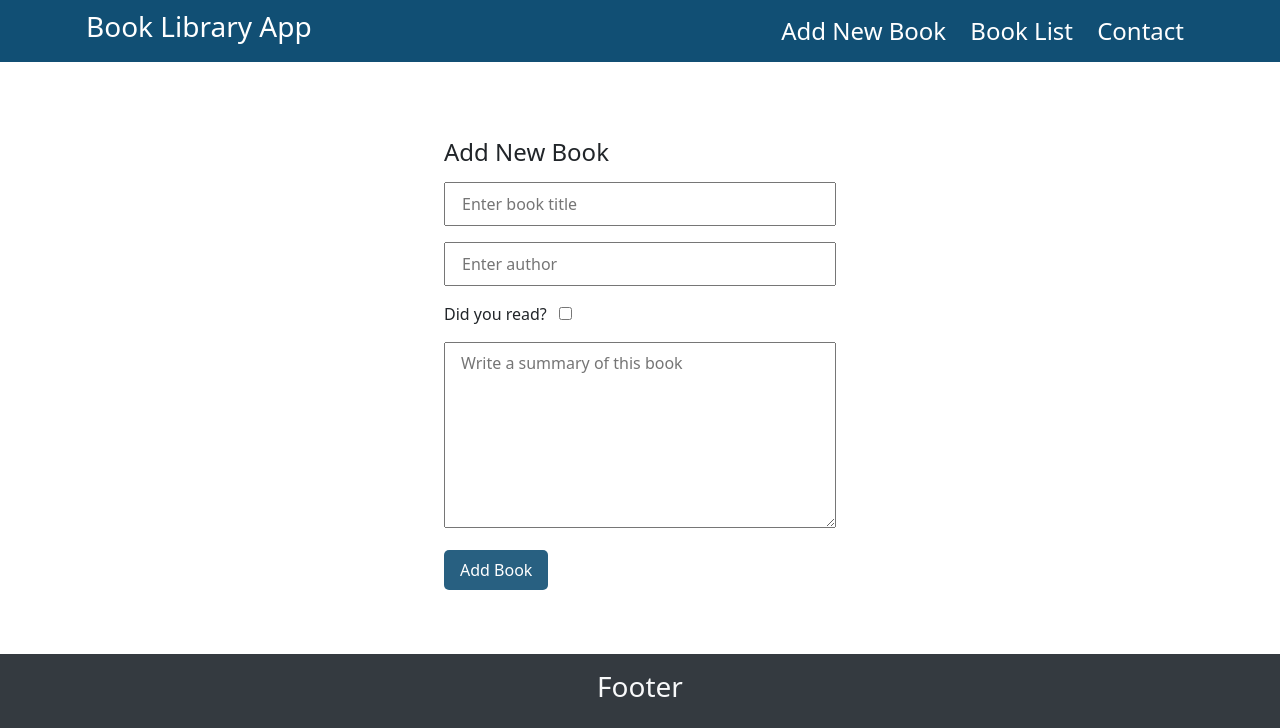
Repository: just-mann/booklibrary-app
Page: http://localhost/
An editor plug-in stored every save of this project. The page is shown before and after a run of saves, followed by the edit.
The browser window is 1280 px wide. The pictures show the whole page.
The pointer rests on the first visible `.submitBtn`.
The page is served by the project's Node server (app.js).

Above is the page before, as saved 2021-06-06 04:59:28.

### views/index.ejs
<!DOCTYPE html>
<html lang="en">
<%- include('./partials/Header') %>
<body>
    <%- include('./partials/Navbar') %>
      <div class="container py-2 home">
        <div class=" p-5 p-xs-1 p-sm-1 p-md-1 py-2 px-0 mt-5 homeDiv">
          <form action="/books" method="POST" class="px-0 py-3">
            <h4>Add New Book</h4>
              <div class="my-3">
                <input class="px-3 py-2 title w-100" type="text" name="title" id="title" placeholder="Enter book title" required>
              </div>
              <div class="my-3">
                <input class="px-3 py-2 author w-100" type="text" name="author" id="author" placeholder="Enter author" required>
              </div>
              <div class="my-3">
                <label for="isRead" class="mr-2">Did you read?</label>
                <input class="px-3 py-2 isRead" type="checkbox" name="isRead" id="isRead">
              </div>
              <div class="my-3">
                <textarea class="px-3 py-2 isRead w-100" name="summary" id="summary" cols="30" rows="7" placeholder="Write a summary of this book" required></textarea>
              </div>
              <div class="my-3">
                <input class="px-3 py-2 submitBtn" type="submit" value="Add Book">
              </div>
          </form>
        </div>
      </div>
    <%- include('./partials/Footer') %>
</body>
</html>

### views/partials/Header.ejs
<head>
    <meta charset="UTF-8">
    <meta name="viewport" content="width=device-width, initial-scale=1.0">
    <title><%= title %></title>
    <link rel="stylesheet" href="https://stackpath.bootstrapcdn.com/bootstrap/5.0.0-alpha1/css/bootstrap.min.css" integrity="sha384-r4NyP46KrjDleawBgD5tp8Y7UzmLA05oM1iAEQ17CSuDqnUK2+k9luXQOfXJCJ4I" crossorigin="anonymous">
    <script src="https://cdn.jsdelivr.net/npm/popper.js@1.16.0/dist/umd/popper.min.js" integrity="sha384-Q6E9RHvbIyZFJoft+2mJbHaEWldlvI9IOYy5n3zV9zzTtmI3UksdQRVvoxMfooAo" crossorigin="anonymous"></script>
    <link rel="stylesheet" href="https://unpkg.com/aos@next/dist/aos.css" />
    <link rel="stylesheet" href="https://unpkg.com/aos@next/dist/aos.css" />
    <script src="https://stackpath.bootstrapcdn.com/bootstrap/5.0.0-alpha1/js/bootstrap.min.js" integrity="sha384-oesi62hOLfzrys4LxRF63OJCXdXDipiYWBnvTl9Y9/TRlw5xlKIEHpNyvvDShgf/" crossorigin="anonymous"></script>
    <link rel="stylesheet" href="/style.css">
  </head>

### views/partials/Navbar.ejs
<nav class="container-fluid sticky-top">
    <div class="container">
        <a href="/" class="logo"><h3>Book Library App</h3></a>
        <div class="nav__links">
            <a href="/">Add New Book</a>
            <a href="/booklist">Book List</a>
            <a href="/contact">Contact</a>
        </div>
    </div>
</nav>

### views/partials/Footer.ejs
<footer class="bg-dark py-3 text-light text-center">
    <script src="https://ajax.googleapis.com/ajax/libs/jquery/3.5.1/jquery.min.js"></script>
    <script src="/script.js"></script>
    <div class="container">
        <h3>Footer</h3>
    </div>
</footer>
<script src="https://unpkg.com/aos@next/dist/aos.js"></script>
<script>
  AOS.init();
</script>

### app.js
const express = require('express'); //import express package
const app = express(); //initialize the express app
const bodyParser = require('body-parser') //import body-parser to handle data from the form
const MongoClient = require('mongodb').MongoClient; //import the mongodbClient
const { ObjectId } = require('bson');
const dbName = 'myBookList';
const dbCollectionName = 'bookCollection';

const PORT = process.env.PORT || 5000;


// Configure the body-parser
app.use(bodyParser.urlencoded({ extended: true }));


// Make static files accessible
app.use(express.static('public'));


// Set View Engine
app.set('view engine', 'ejs');



// Connect to Database
const dbURI = 'mongodb+srv://bookUser:cUk4rECaXyAWsNz8@crud-tutorial.xd65d.mongodb.net/myBookList?retryWrites=true&w=majority';
MongoClient.connect(dbURI, { useUnifiedTopology: true })
    .then(client => {

        app.listen(PORT, () => {
            console.log(`App is now running on PORT ${PORT} and Database: ${dbName} is connected`)
        });

        const db = client.db(`${dbName}`);

        const myCollection = db.collection(`${dbCollectionName}`);

        app.post('/books', (req, res) => {
            myCollection.insertOne(req.body)
                .then(result => {
                    console.log('Item added to database...');
                })
                .catch(err => console.log(err));
            res.redirect('bookList');
        })

        app.get('/booklist', (req, res) => {
            myCollection.find().sort({_id: -1}).toArray()
                .then(result => {
                    res.render('bookList', { myList: result, title: "Book List" });
                })
                .catch(err => console.log(err));
        })


        app.get('/booklist/:id', (req, res) => {
            const id = req.params.id;
            myCollection.findOne({ _id: ObjectId(`${id}`)})
                .then(result => {
                    res.render('details', { singleBook: result, title: `Book Detail  -  ${result.title}` })
                })
                .catch(err => console.log(err));
        })


        app.delete('/booklist/:id', (req, res) => {
            const id = req.params.id;
            myCollection.deleteOne({_id: ObjectId(`${id}`)})
                .then(result => {
                    res.json({ redirect: '/booklist'})
                })
                .catch(err => console.log(err));
        })


        app.get('/', (req, res) => {
            res.render('index', { title: "Add New Book" });
        })


        app.get('/contact', (req, res) => {
            res.render('contact', { title: "Contact Me" });
        })

        app.use((req, res) => {
            res.status(404).render('404', { title: '404, Page Not Found'});
        })

    })
    .catch(err => console.log(err));

### public/style.css
* {
    padding: 0;
    margin: 0;
    box-sizing: border-box;
}
body {
    min-height: 100vh;
}

a {
    text-decoration: none;
}

nav {
    background-color: #114f74;
    padding: 10px 0px;
}

nav .container {
    display: flex;
    justify-content: space-between;
    align-items: center;
}

nav .container .logo h3 {
    color: #ffffff;
    font-weight: 350;
}

nav .container .nav__links {
    color: #ffffff;
}

nav .container .nav__links a {
    color: #ffffff;
    font-size: 1.5rem;
    padding: 10px 0px;
    margin: 0px 10px;
    font-weight: 300;
}

.nav__links a:hover {
    color: red;
}

.listDiv {
    display: flex;
    grid-template-columns: repeat(3, 1fr);
}

.list {
    max-width: 350px;
    min-height: 150px;
    margin: 0px 15px;
    background-color: #e2e2e2;
    border-left: 15px solid #41a1b9;
    opacity: 0.9;
    transition: opacity 0.6s;
}

.list:hover {
    opacity: 1;
}


/* Home Page */
.home {
    height: 82.3vh;
}

.home .homeDiv, .contact .contactDiv {
    /* background: yellow; */
    max-width: 400px;
    margin: 0 auto;
}



/* Book List Page */
.bookList {
    min-height: 81.3vh;
}






/* details page */
.details {
    height: 81.5vh;
}



.bookSummary {
    max-width: 500px;
    background: yellow;
}



/* Contact Page */
.contact {
    height: 82.5vh;
}

.submitBtn {
    background-color: #114f74;
    color: white;
    border: none;
    font-weight: 500;
    border-radius: 5px;
    opacity: 1;
    transition: opacity 0.6s;
}

.submitBtn:hover {
    opacity: 0.9;
}

Loaded but not shown: public/script.js (no stored copy; drawn as an empty file)

After the next 2 saves:
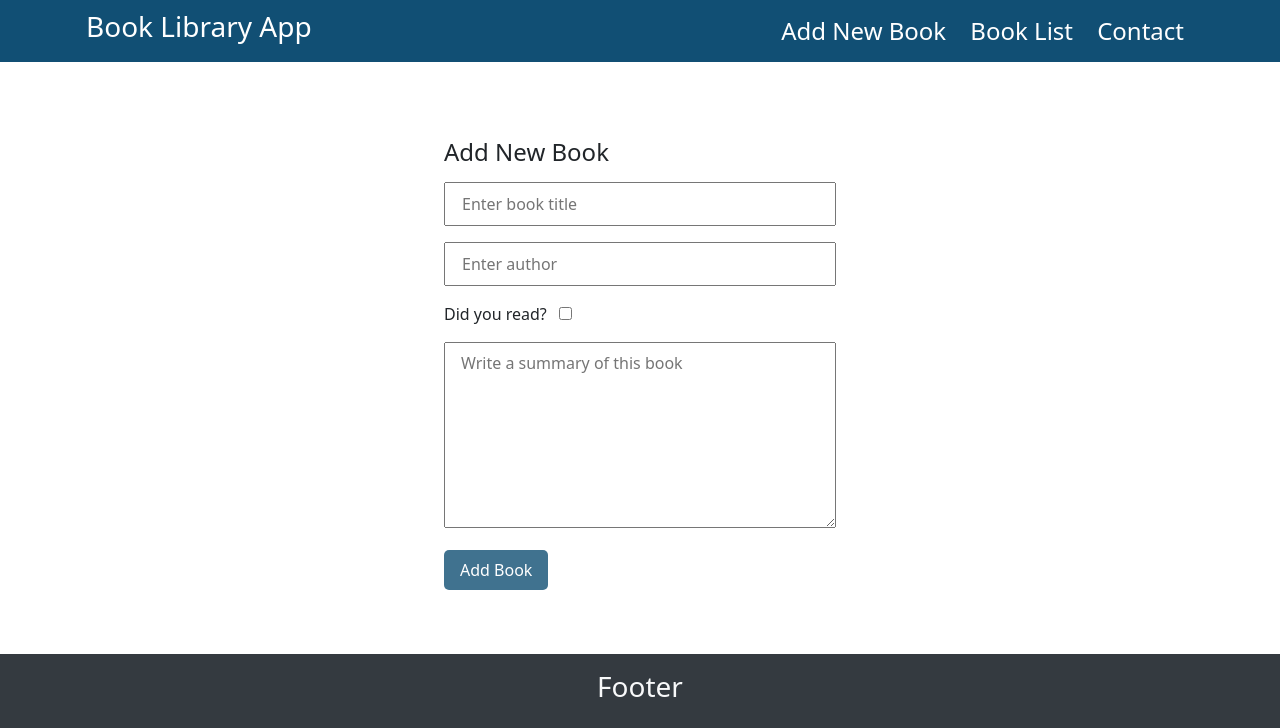
The 2 saves are shown as one change because they came seconds apart.
The last was saved 13 s later.
--- a/public/style.css
+++ b/public/style.css
@@ -116,5 +116,5 @@ nav .container .nav__links a {
 }
 
 .submitBtn:hover {
-    opacity: 0.9;
+    opacity: 0.8;
 }
